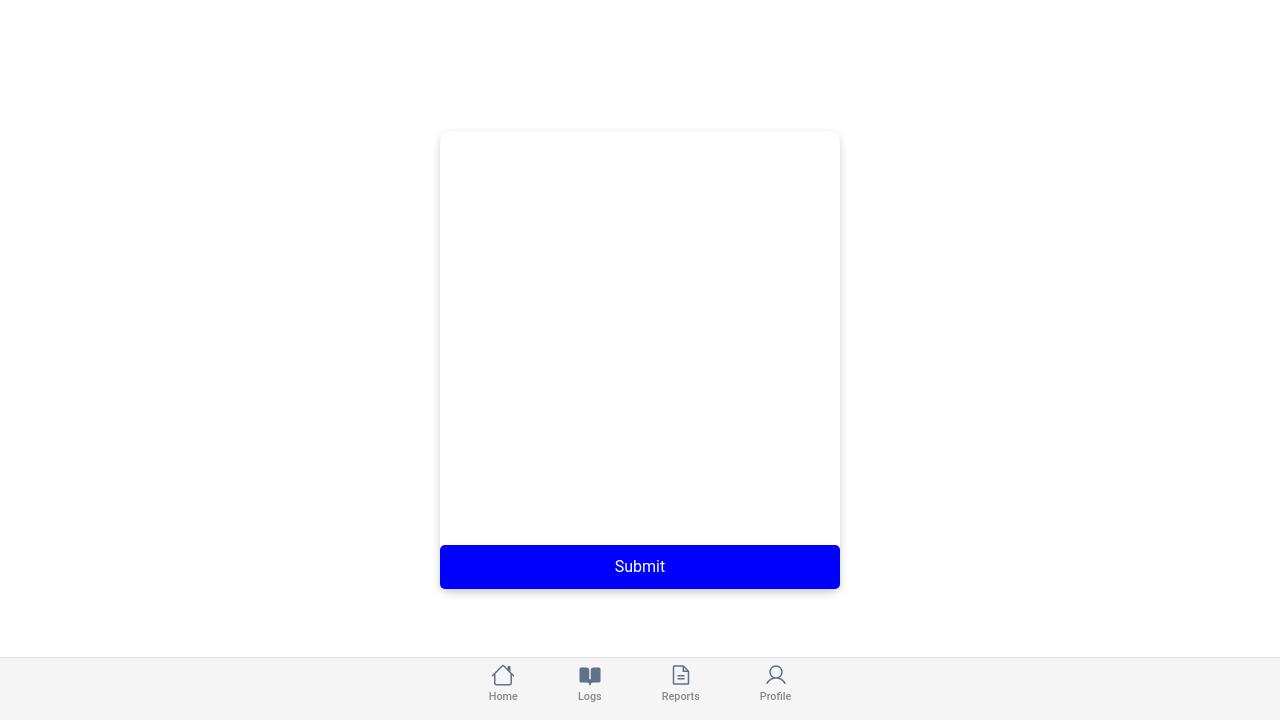
Repository: shash0708/GMR-Lines
Page: /signup (app in frontend/)
An editor plug-in stored every save of this project. The page is shown before and after the next save, followed by the edit.
The browser window is 1280 px wide. The pictures show the whole page.
The page's requests for data from a server got no answer. Some web libraries are served in a nearby version. The project was rebuilt for these pictures with package versions that can differ from the ones it lists, and the page was loaded fresh each time. No one was signed in, and anything a server would have sent is missing. Also part of the build but not shown: frontend/src/components/Home/Car.css, frontend/src/components/Home/Car.jsx, frontend/src/components/Home/Home.css, frontend/src/components/Home/Home.component.jsx, frontend/src/components/Form/Form.component.jsx, frontend/src/components/Profile/Profile.jsx, frontend/src/components/Card/Card.jsx, frontend/src/components/Card/Card.css and 10 more.

Above is the page before, as saved 2024-10-20 14:32:22.

After the next save:
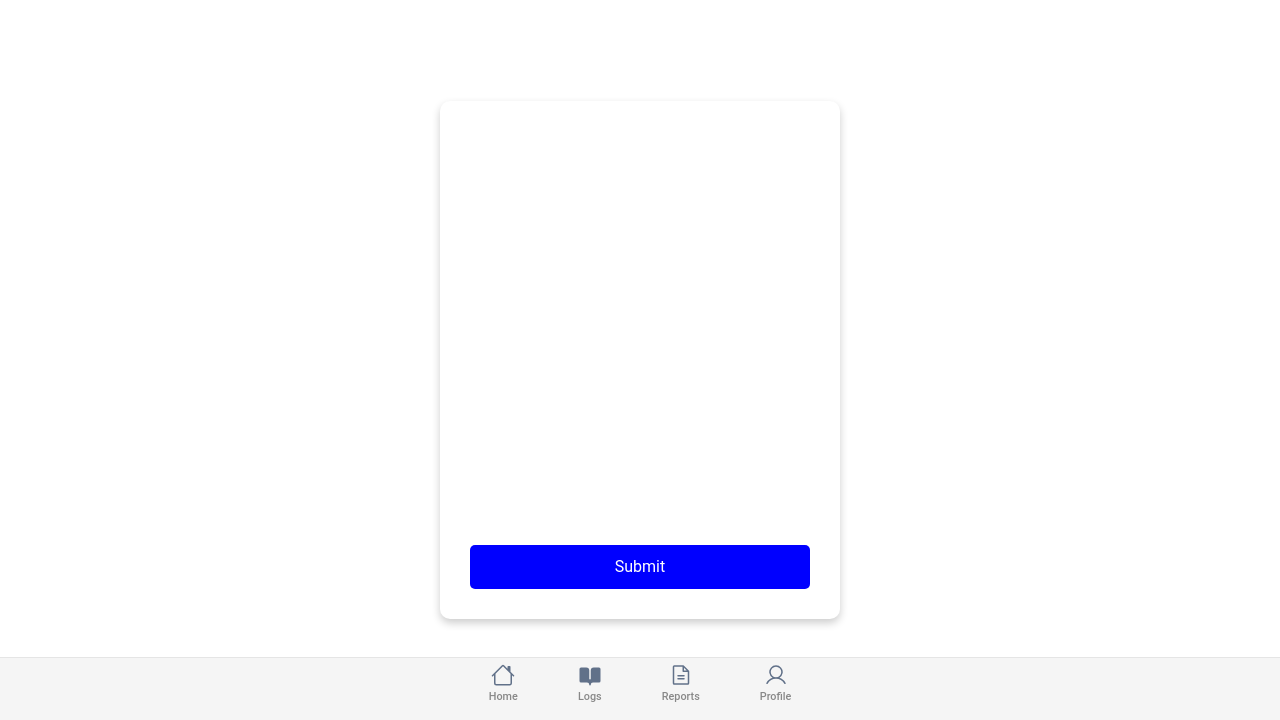
Saved 6 s later.
--- a/frontend/src/components/SignUp/Signup.component.jsx
+++ b/frontend/src/components/SignUp/Signup.component.jsx
@@ -15,7 +15,7 @@ const Container = styled.div`
 `;
 
 const FormWrapper = styled.div`
-  background-color: white; Dark background with transparency
+  background-color: white;
   padding: 30px;
   border-radius: 10px;
   box-shadow: 0 4px 8px rgba(0, 0, 0, 0.2);
